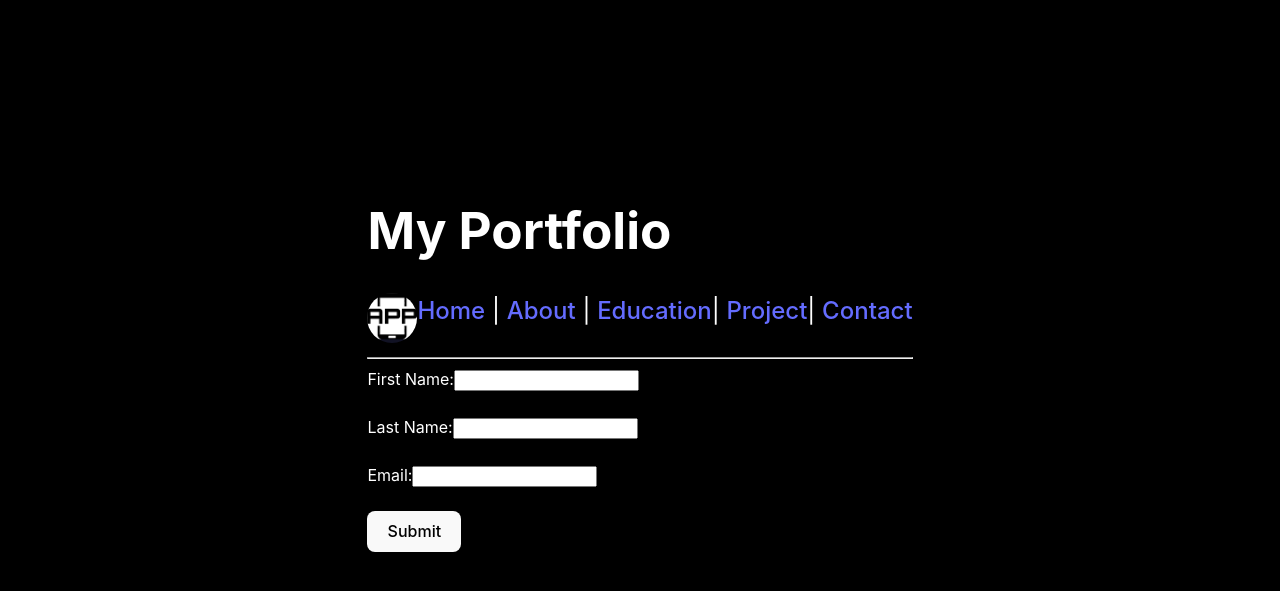
Repository: lilsooin/COMP229SEC0022024_Group_Project
Page: /contact (app in client/)
These files come from the project's save history. The page is drawn as it stood at one moment and after a run of saves; the edit follows.
The browser window is 1280 px wide. The pictures show the whole page.
The project was rebuilt for these pictures with package versions that can differ from the ones it lists, and the page was loaded fresh each time. Also part of the build but not shown: client/vite.config.js, client/components/Home.jsx, client/src/about.css, client/src/about.jsx, client/src/education.css, client/src/education.jsx, client/src/project.css, client/src/project.jsx.

Above is the page before, as saved 2024-10-10 21:31:26.

After the next 5 saves:
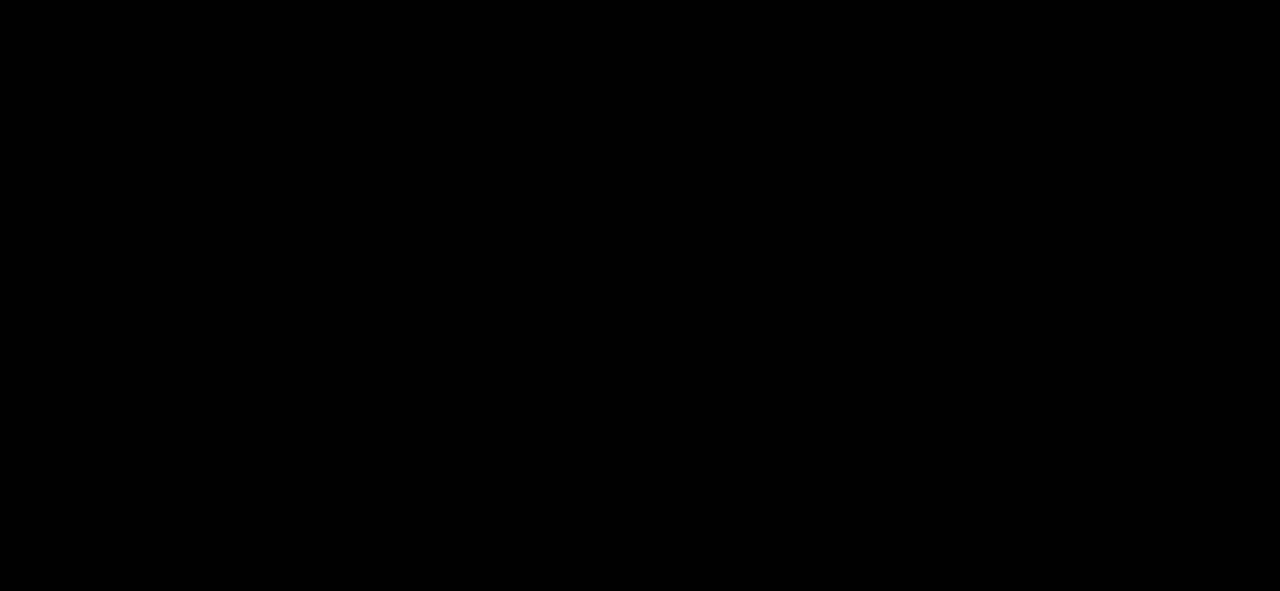
Console error: ReferenceError: data is not defined
The 5 saves are shown as one change because they came seconds apart.
The last was saved 18 s later.
--- a/client/src/contact.jsx
+++ b/client/src/contact.jsx
@@ -227,7 +227,7 @@
 
   };
 
-
+  setValues({ ...values, ...data });
 
   return (
     <form onSubmit={handleSubmit(submitForm)}>

After the 5 saves that followed:
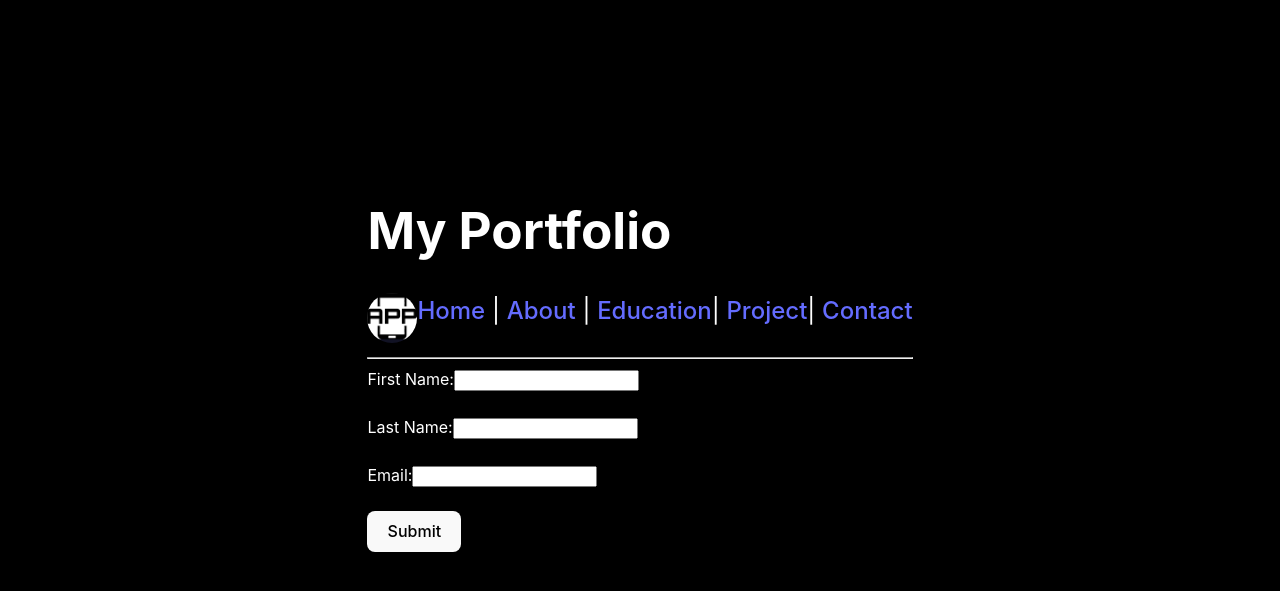
The error is gone.
The 5 saves are shown as one change because 2 did not build or start and 2 left the picture as it was.
The last was saved 2 min 43 s later.
--- a/client/src/contact.jsx
+++ b/client/src/contact.jsx
@@ -227,8 +227,9 @@
 
   };
 
-  setValues({ ...values, ...data });
-
+  const handleChange = name => event => {
+    setValues({ ...values, [name]: event.target.value })
+  }
   return (
     <form onSubmit={handleSubmit(submitForm)}>
       {/* First Name */}
